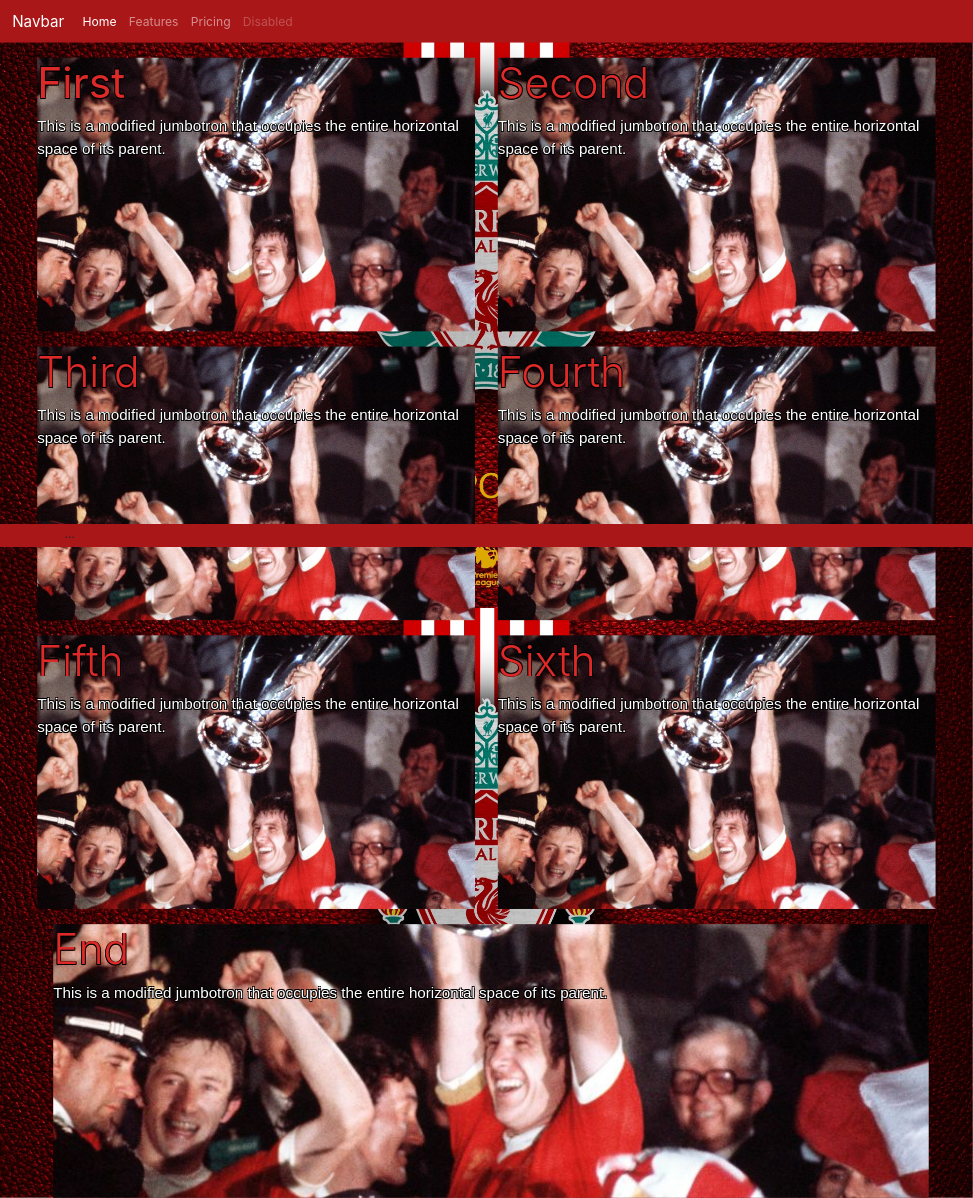
Repository: DalyAD/allez-2
Page: page1.html
The author's editor kept a record of every edit. The page is drawn from the files as they stood at one moment, then again after the next edit.
The browser window is 1280 px wide. The pictures show the whole page, at 76% of full size.
Backgrounds fixed to the window are drawn as part of the page.

Above is the page before.

After the next edit:
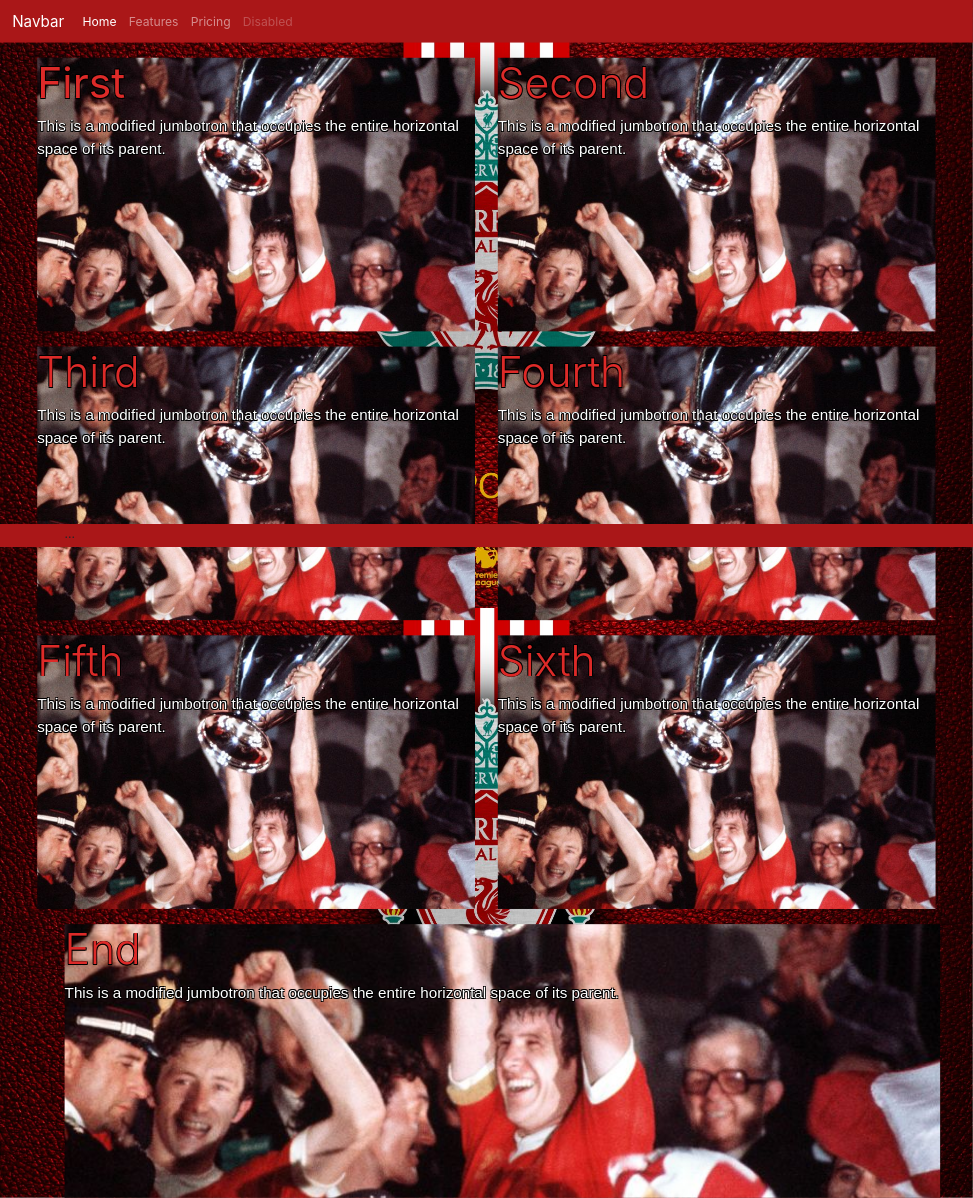
The edit:
--- a/page1.html
+++ b/page1.html
@@ -57,30 +57,29 @@
                         <p class="lead">This is a modified jumbotron that occupies the entire horizontal space of its parent.</p>
                     </div>
                 </div>
-                <div class="row">
-                    <div class="col-sm-12 col-lg-6">
-                        <div class="fifth">
-                            <h1 class="display-4">Fifth</h1>
-                            <p class="lead">This is a modified jumbotron that occupies the entire horizontal space of its parent.</p>
-                        </div>
-                    </div>
-                    <div class="col-sm-12 col-lg-6">
-                        <div class="sixth">
-                            <h1 class="display-4">Sixth</h1>
-                            <p class="lead">This is a modified jumbotron that occupies the entire horizontal space of its parent.</p>
-                        </div>
+            </div>
+            <div class="row">
+                <div class="col-sm-12 col-lg-6">
+                    <div class="fifth">
+                        <h1 class="display-4">Fifth</h1>
+                        <p class="lead">This is a modified jumbotron that occupies the entire horizontal space of its parent.</p>
                     </div>
                 </div>
-                <div class="row">
-                    <div class="col">
-                        <div class="end">
-                            <h1 class="display-4">End</h1>
-                            <p class="lead">This is a modified jumbotron that occupies the entire horizontal space of its parent.</p>
-                        </div>
+                <div class="col-sm-12 col-lg-6">
+                    <div class="sixth">
+                        <h1 class="display-4">Sixth</h1>
+                        <p class="lead">This is a modified jumbotron that occupies the entire horizontal space of its parent.</p>
                     </div>
                 </div>
-
-
+            </div>
+            <div class="row">
+                <div class="col">
+                    <div class="end">
+                        <h1 class="display-4">End</h1>
+                        <p class="lead">This is a modified jumbotron that occupies the entire horizontal space of its parent.</p>
+                    </div>
+                </div>
+            </div>
         </div>
 
     </section>
